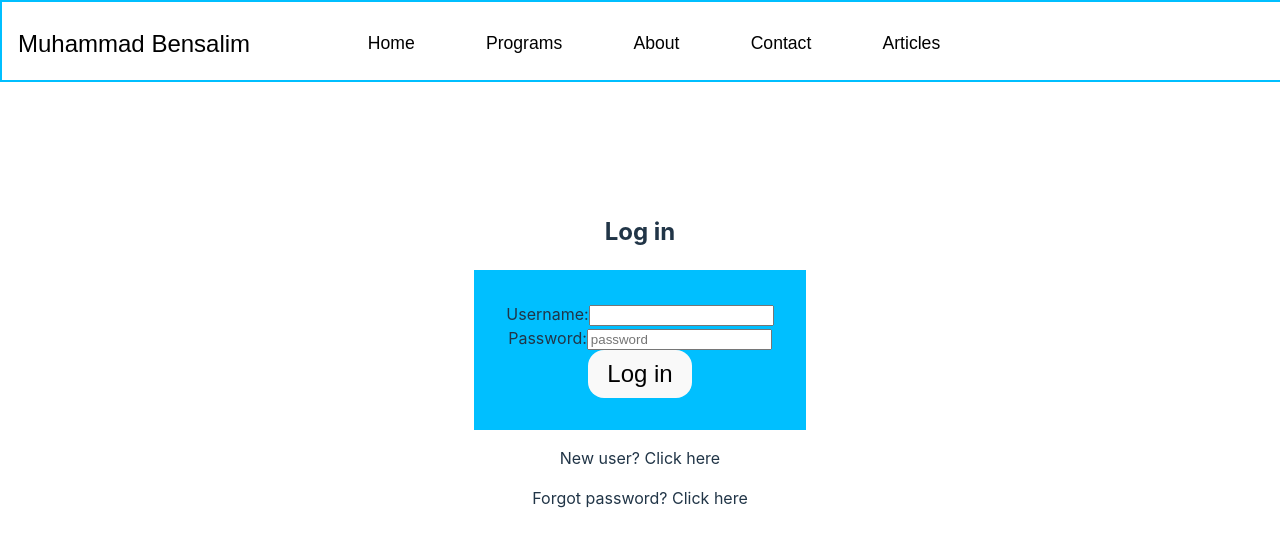
Repository: TMuse333/fitness_templates
Page: /progress
The author's editor kept a copy of each file at every save. The page is drawn from the files as they stood at one save, then again after the next save.
The browser window is 1280 px wide. The pictures show the whole page.
The project was rebuilt for these pictures with package versions that can differ from the ones it lists, and the page was loaded fresh each time. Also part of the build but not shown: vite.config.js, src/components/herobanner/herobanner.css, src/components/herobanner/herobanner.jsx, src/components/about/about.css, src/components/about/about.jsx, src/components/serviceOffering/serviceOffering.css, src/components/serviceOffering/serviceOffering.jsx, src/data/data.js and 33 more. Imported but missing from the stored project, and not drawn on this page: src/media/best_dunk.mp4.

Above is the page before, as saved 2024-03-09 19:24:59.

### src/main.jsx
import './index.css'
import * as React from 'react';
import { StrictMode } from 'react';
import { createRoot } from 'react-dom/client';
import { BrowserRouter } from 'react-router-dom';

import App from './App';

const rootElement = document.getElementById('root');
const root = createRoot(rootElement);

root.render(
  <StrictMode>
    <BrowserRouter>
      <App />
    </BrowserRouter>
  </StrictMode>
);

### src/index.css
:root {
  font-family: Inter, system-ui, Avenir, Helvetica, Arial, sans-serif;
  line-height: 1.5;
  font-weight: 400;

  color-scheme: light dark;
  color: rgba(255, 255, 255, 0.87);
  background-color: #242424;

  font-synthesis: none;
  text-rendering: optimizeLegibility;
  -webkit-font-smoothing: antialiased;
  -moz-osx-font-smoothing: grayscale;
}

a {
  font-weight: 500;

  text-decoration: inherit;
}
a:hover {

}

body {
  margin: 0;
  display: flex;
  place-items: center;
  min-width: 320px;
  min-height: 100vh;
}

h1 {
  font-size: 3.2em;
  line-height: 1.1;
}

button {
/* border: none;
  padding: 0.6em 1.2em;
  font-size: 1em;
  font-weight: 500;
  font-family: inherit;

  cursor: pointer;
  transition: border-color 0.25s;
  transition: all 0.3s ease-in; */
  background-color: #00bfff;

  font-size: 1.5rem;
  border-radius: 1rem;
  padding: 0.6rem 1.2rem;
  font-weight: 500;
  border: none;
  margin: 0 auto;
}
button:hover {
  /* transform: scale(1.3); */

}
button:focus,
button:focus-visible {
  outline: 4px auto -webkit-focus-ring-color;
}

@media (prefers-color-scheme: light) {
  :root {
    color: #213547;
    background-color: #ffffff;
  }
  a:hover {
    color: #747bff;
  }
  button {
    background-color: #f9f9f9;
  }
}

### src/App.jsx
import { useState } from 'react'

import './App.css'
import Homepage from '../pages/homepage'
import Program from '../pages/program';
import { BrowserRouter as Router, Route, Routes } from 'react-router-dom';
import Contact from '../pages/contact';
import About from '../pages/about';
import Articles from '../pages/articles';
import Progress from '../pages/progress';


function App() {
  const [count, setCount] = useState(0)

  return (
    <>
    <Routes>
      <Route path='/'
        element={<Homepage/>}
        />
        <Route path='programs'
        element={<Program/>}
        />
        <Route path='contact'
        element={<Contact/>}
        />
        <Route path='about'
        element={<About/>}
        />
        <Route path='articles'
        element={<Articles/>}
        />
        <Route path='progress'
        element={<Progress/>}
        />
    </Routes>

    </>
  )
}

export default App

### src/App.css
#root {
  max-width: 1280px;
  margin: 0 auto;
  padding: 2rem;
  text-align: center;
}

.logo {
  height: 6em;
  padding: 1.5em;
  will-change: filter;
  transition: filter 300ms;
}
.logo:hover {
  filter: drop-shadow(0 0 2em #646cffaa);
}
.logo.react:hover {
  filter: drop-shadow(0 0 2em #61dafbaa);
}

.homepage{
  position: absolute;
  left:0;
  top:0;
  overflow-x: hidden;
  background: radial-gradient(circle at center, rgba(1, 181, 241, 0.7), rgba(24, 60, 84, 0.7));
}

.program-container, .personal-container, .articles-container{
  position: absolute;
  top:0;
  left:0;
  overflow-x: hidden;
}

.program-video{
  background-color: red;
}

.questions-list{
  margin-bottom: 3rem;
}



@keyframes logo-spin {
  from {
    transform: rotate(0deg);
  }
  to {
    transform: rotate(360deg);
  }
}

@media (prefers-reduced-motion: no-preference) {
  a:nth-of-type(2) .logo {
    animation: logo-spin infinite 20s linear;
  }
}

.card {
  padding: 2em;
}

.read-the-docs {
  color: #888;
}

### pages/progress.jsx
import React from "react";
import Navbar from "../src/components/navbar/navbar";
import Login from "../src/components/login/Login";



const Progress = () => {

    const links = [
        {
            dest:'/',
            name:'Home'
          },
        {
            dest:'programs',
            name:'Programs'
        },
        {
            dest:'about',
            name:'About'
        },
        {
            dest:'contact',
            name:'Contact'
        },
        {
            dest:'articles',
            name:"Articles"
        },

    ]

    return (<>
<Navbar links={links}
/>
       <Login/>
        </>

    )
}


export default Progress

### src/components/navbar/navbar.jsx
import React, { useState,useEffect } from 'react';
// import { FaArrowLeft, FaArrowRight } from 'react-icons/fa';
import { Link } from 'react-router-dom';
import './navbar.css'

import nobg from '../../media/quantum-striker-pose.png'





const Navbar = ({links,id}) => {
  const [subMenuVisible, setSubMenuVisible] = useState(false);
  const [isMobile, setIsMobile] = useState(true)
  const [hovered, setHovered] = useState(false)
  const [navHovered, setNavHovered] = useState(null)

  const handleMouseEnter = () => {
    setHovered(true)
  }

  const handleMouseLeave = () => {
    setHovered(false)
  }

  const handleNavEnter = (index) => {
    setNavHovered(index);
  };

  const handleNavLeave = () => {
    setNavHovered(null);
  };

  const toggleSubMenu = () => {

    setSubMenuVisible(!subMenuVisible);
  };


  useEffect(() => {
    // Function to update sub-menu visibility when the screen width changes
    const handleResize = () => {
      const screenWidth = window.innerWidth;
      setIsMobile(!(screenWidth >= 865)); // Set subMenuVisible to true if screen width is at least 415 pixels
    };

    // Add a resize event listener to update the sub-menu visibility
    window.addEventListener('resize', handleResize);

    // Initial call to set sub-menu visibility based on current screen width
    handleResize();

    // Clean up the event listener when the component unmounts
    return () => {
      window.removeEventListener('resize', handleResize);
    };
  }, []);

  const style = {
height: isMobile && !subMenuVisible ? '0px' :  isMobile ? '190px' : 'auto',
overflowY:'hidden',
width: isMobile ?'80px':'auto',
backgroundImage: isMobile ? 'linear-gradient(to right, #00bfff, #4db8ff, #64bcff, #00bfff)' : null,
transition: isMobile? 'height 0.3s ease-in,padding 0.3s ease-in' : null,
marginTop: isMobile ? '1rem' : null,
borderRadius:'10px',
paddingTop:subMenuVisible ?'1rem' : '0'



  };

  const navStyle = (index) => {

    return{
      backgroundColor: navHovered === index? '#00bfff' : null,
      padding:'0 0.55rem 0 0.55rem',
      borderRadius:'7px',
      // color:navHovered === index? '#6c5933' : null,
    }
  }

  const logoStyle = {
    transform: hovered || subMenuVisible? 'scale(1.3)' : 'scale(1)',
    width:'50px',
    transition:'all ease-in 0.3s',
    backgroundColor:'transparent',
    marginTop:'-1rem'
  }

  return (

    <div className='navbar-container'
    id={id}>
    <p
          className='big-logo'
          style={logoStyle}
          />
    <div className='navbar-logo'>

   <Link to='/'
   className='home-nav'>


        <p className='navbar-logo'
      >Muhammad Bensalim</p>
       </Link>

      </div>




      <div className='list-container'>
        <button onClick={toggleSubMenu}

        className='mini-logo'

        >



       <img style={logoStyle}
       onMouseEnter={handleMouseEnter}
       onMouseLeave={handleMouseLeave}
       src={nobg}

 />
        </button>
        <ul
        className='nav-list'
        style={style}

         >

          {links.map((link,index) => (
            <Link to={link.dest}
            key={index}
            className='nav-link'>
                <li
                onMouseEnter={()=>handleNavEnter(index)}
                onMouseLeave={()=>handleNavLeave()}
                style={navStyle(index)}>
                  {link.name}
                </li>
            </Link>
          ))}

        </ul>
      </div>




       </div>

  );
};

export default Navbar;

### src/components/login/Login.jsx
import React from "react";
import './login.css'

const Login = () => {
  return (
    <>
      <div className="login-container">
        <h2>Log in</h2>
        <div className="login-box">
          <form>
            <div className="form-group">
              <label htmlFor="username">Username:</label>
              <input type="text" id="username" name="username" />
            </div>

            <div className="form-group">
              <label htmlFor="password">Password:</label>
              <input type="password" id="password" name="password"
              placeholder="password" />
            </div>

            <button type="submit">Log in</button>
          </form>

        </div>
        <p>New user? Click here</p>
        <p>Forgot password? Click here</p>
      </div>
    </>
  );
};

export default Login;

### src/components/navbar/navbar.css
/* Add this to your navbar.css file */

.navbar-container{


    position: fixed;
     width: 100vw;

     top: 0px;
     left:0px;
     background:rgba(255, 255, 255, 0.7) ;

     height: 70px;
     z-index: 30;
  padding-top: 0.5rem;
  border-bottom: 2px solid #333;

    border: 2px solid #00bfff;

   }

   #overview-nav{
    background: radial-gradient(circle at center, rgba(0, 153, 205, 0.7), rgba(48, 115, 160, 0.9));
   }

   .big-logo{
     display: none;
   }

   .list-container {
    color:white;
    transform: translateY(-2.5rem);
    width:min-content;
    margin-left: auto;
    /* background-color: #BE9F5B; */
    margin-right: 2rem;
  /* background: linear-gradient(to right, #6c5933, #be9f5b, #6c5933);; */



   }

   .nav-list{
     /* margin-right: 2rem; */
     width: 50px;
     align-items: center;
     display:flex;
     flex-direction: column;
     margin-right: -1.5rem;
     color:black;
     /* background-color: #BE9F5B;
     background: linear-gradient(to right, #6c5933, #be9f5b, #6c5933); */
   }

   .home-nav{
    text-decoration: none;
   }

   .list-container li{
     list-style-type: none;
     /* transform: translateX(-25%); */
     padding:10px;
     color:black;
     font-weight: 500;
     transform: translateX(-1rem);
     font-family: 'Palatino Sans', 'Palatino Sans Informal', 'Palatino Sans Text', 'Palatino Sans W1G', 'Palatino Sans W01', sans-serif;
    text-decoration: none;
    margin-top: 0.5rem;
    margin-bottom: 1rem;
    /* color:white; */



     /* margin-top: -2rem; */

   }

   .list-container li a {
    text-decoration: none;
    color:white;
   }

   .mini-logo {
     display: flex;
     justify-content: center;
     align-items: center;
     margin-top: -1rem;
     height: 2.5rem;
     width: 2rem; /* Set the width and height to make it a perfect circle */
     padding: 0; /* Remove padding */
     border-radius: 50%; /* Make it circular */
     margin-left: auto;

     /* margin-right: auto; */
     background-color: transparent;
     border-color: transparent;



   }

   .navbar-logo{
     color:black;
     text-align: left;
     margin-left: 0.5rem;
     font-family: 'Abhaya Libre', sans-serif;
     font-size: 1.3rem;
     margin-top: 1.3rem;
     /* background-color: #BE9F5B; */
     /* background-image: url(src/media/SAINEY-MEDIA.png); */

   }

   .nav-button::before,
   .nav-button::after {
     content: '';
     position: absolute;
     background-color: #d15959; /* Set the color of the lines */
     height: 2px; /* Set the height of the lines */
     width: 10%; /* Set the width of the lines */
   }

   .nav-button::before {
     top: 5%;
   }

   .nav-button::after {
     top: 8%;
   }

  .nav-link{
  text-decoration: none;
  color:white;
  }

  @media screen and (min-width:400px){
    .mini-logo{
      margin-right: 1.5rem;
    }
  }



   @media screen and (min-width: 865px)  {
     .nav-list {
       display: flex;
       width:max-content;
       flex-direction: row;
       justify-content: space-between;
       padding:0 5px 0 5px;
       margin-top: -0.8rem;
       height:100%;
       /* transform: translateX(1rem); */
       /* background-color: rgb(38, 37, 79); */
       /* background-color: #d15959; */




       /* background-color: ; */
     }

     /* .navbar-container{
      width:98vw;
     } */

     .list-container{
      width:45vw;
      margin-top: -1.5rem;
     }

     .list-container li{
      font-size: 1.1rem;
      font-weight: 400;
     }



     .nav-button{
       /* display: none; */
     }

     .list-container li{
       transform: translateX(0rem);
       white-space: nowrap;
       padding:0;
     }

     .list-container{

       margin-left: auto;
       margin-right: auto;
     }

     .mini-logo{
       display: none;
     }

     .navbar-logo{
      font-size: 1.5rem;
      margin-top: 1rem;
     }

     .big-logo{
       position: absolute;
       right:2rem;
       display: flex;
       top:1rem;
     }

     /* .navbar-logo{
       display: none;
     } */
   }

### src/components/login/login.css
.login-box{
    background-color: #00bfff;
    padding:2rem;
}

Loaded but not shown: index.html (common file)

After the next save:
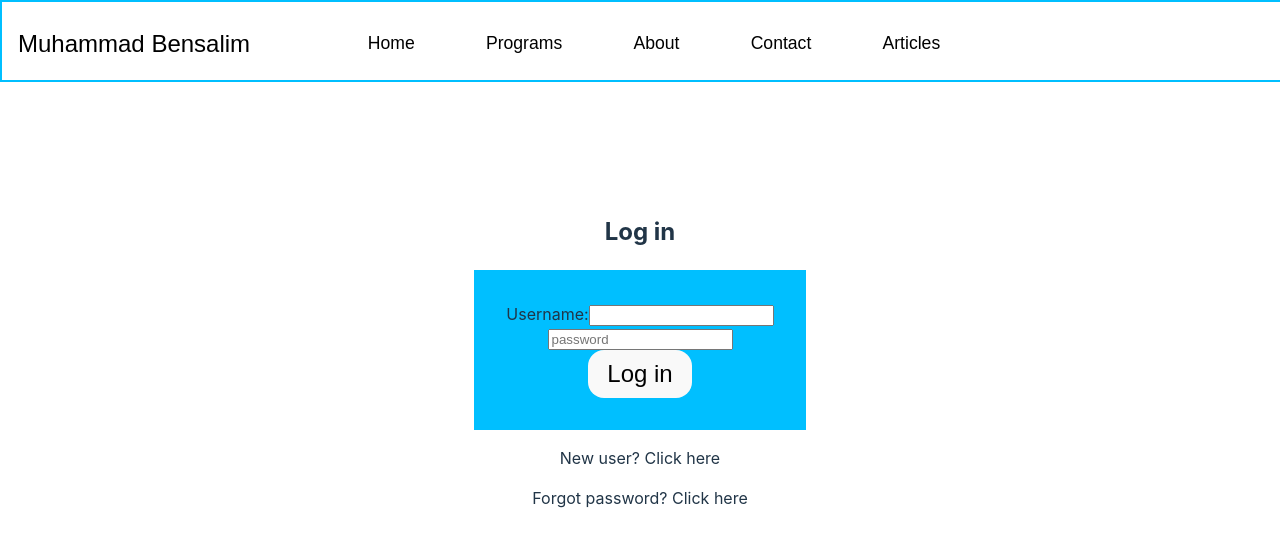
Saved 8 s later.
--- a/src/components/login/Login.jsx
+++ b/src/components/login/Login.jsx
@@ -14,7 +14,7 @@ const Login = () => {
             </div>
 
             <div className="form-group">
-              <label htmlFor="password">Password:</label>
+
               <input type="password" id="password" name="password"
               placeholder="password" />
             </div>
